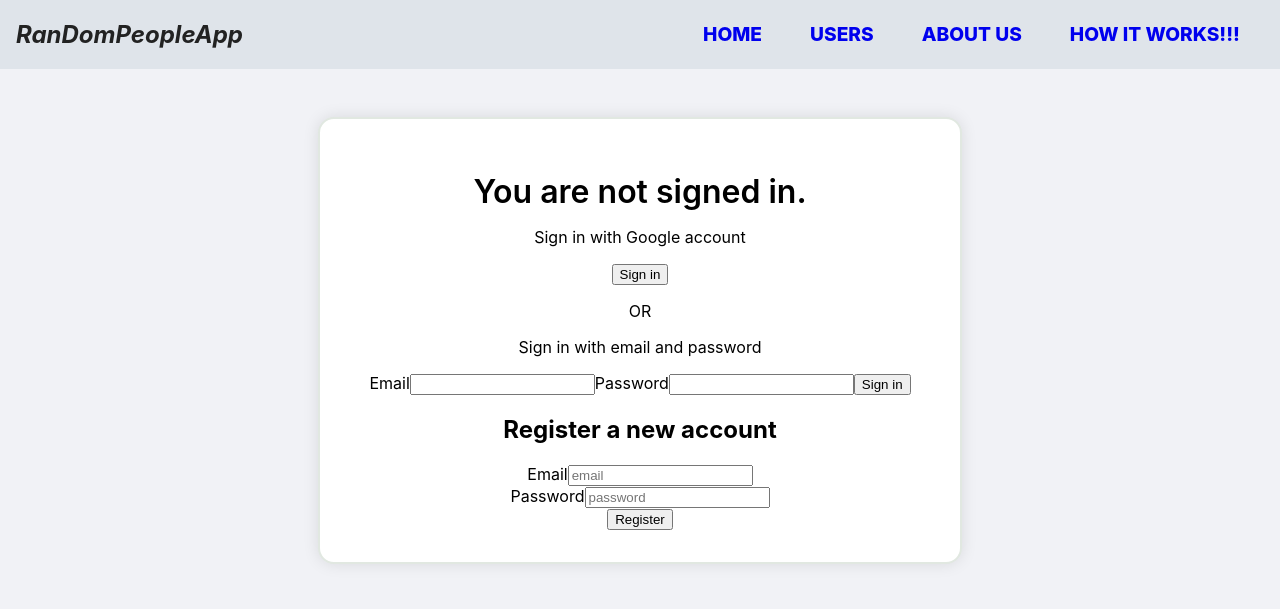
Repository: MikkyPrestige/RandomProfiles
Page: /profile
An editor plug-in stored every save of this project. The page is shown before and after the next save, followed by the edit.
The browser window is 1280 px wide. The pictures show the whole page.
The project was rebuilt for these pictures with package versions that can differ from the ones it lists, and the page was loaded fresh each time. Also part of the build but not shown: src/assets/styles/home.css, src/components/avatar.jsx, src/components/home.jsx, src/assets/styles/users.css, src/components/users.jsx, src/assets/styles/search.css, src/components/search.jsx, src/assets/styles/help.css and 6 more.

Above is the page before, as saved 2022-11-30 02:49:55.

After the next save:
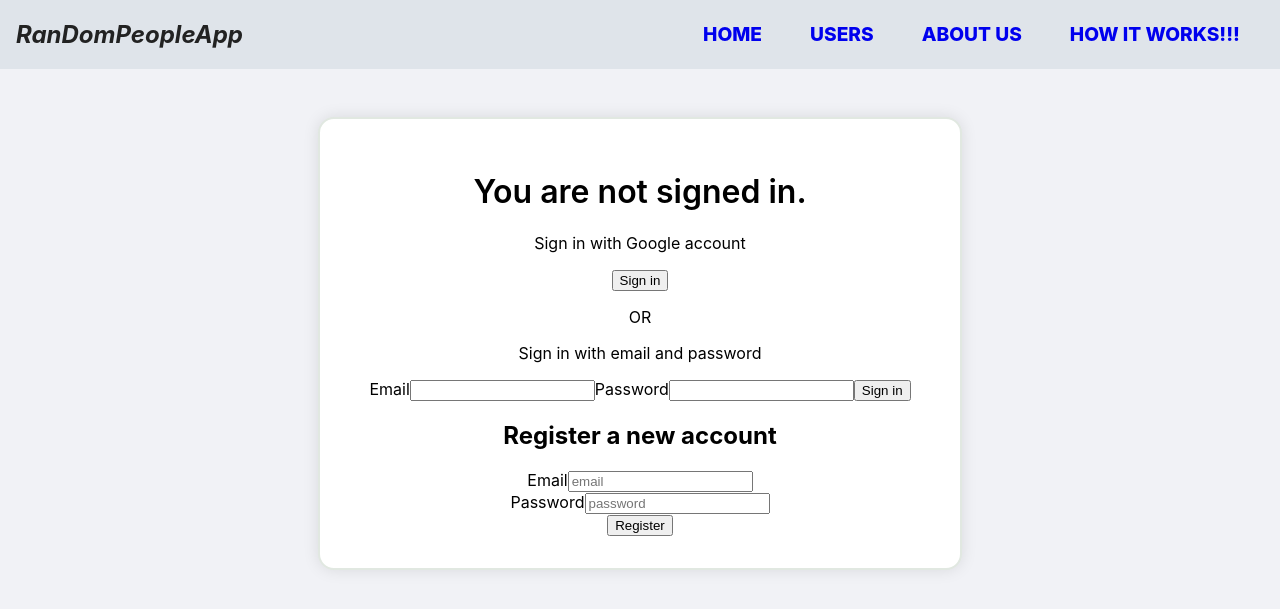
Saved 10 s later.
--- a/src/assets/styles/profile.css
+++ b/src/assets/styles/profile.css
@@ -30,5 +30,5 @@
 .profile__title {
   font-size: 2rem;
   font-weight: 600;
-  margin-bottom: 1rem;
+  /* margin-bottom: 1rem; */
 }
